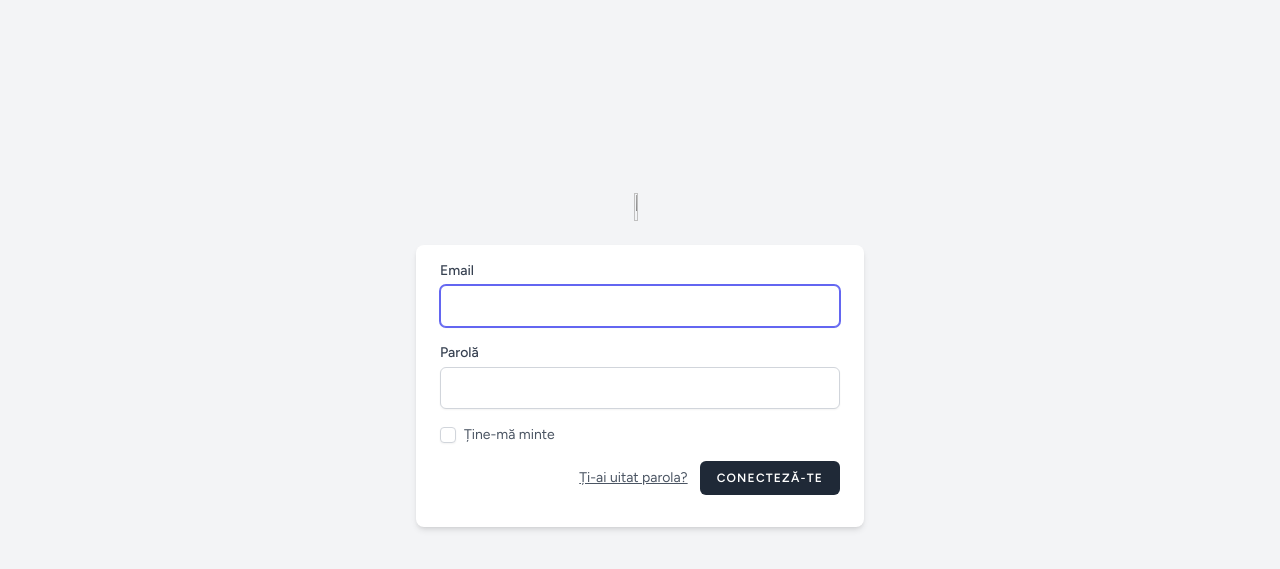
Repository: cosmin05072018/fantastic-events-manager
Page: http://localhost/login
These files come from the project's save history. The page is drawn as it stood at one moment and after the next save; the edit follows.
The browser window is 1280 px wide. The pictures show the whole page.
The page is served by the project's Laravel application, run on PHP 8.4 with Laravel 10. Other server files are loaded and not shown. Style sheets and scripts are compiled from the project's sources, by tool versions that may differ from the author's.

Above is the page before, as saved 2024-11-03 17:54:05.

### routes/web.php
<?php

use App\Http\Controllers\ProfileController;
use Illuminate\Support\Facades\Route;

/*
|--------------------------------------------------------------------------
| Web Routes
|--------------------------------------------------------------------------
|
| Here is where you can register web routes for your application. These
| routes are loaded by the RouteServiceProvider and all of them will
| be assigned to the "web" middleware group. Make something great!
|
*/

Route::get('/', function () {
    return view('startApp');
});

Route::get('/dashboard', function () {
    return view('dashboard');
})->middleware(['auth', 'verified'])->name('dashboard');

Route::middleware('auth')->group(function () {
    Route::get('/profile', [ProfileController::class, 'edit'])->name('profile.edit');
    Route::patch('/profile', [ProfileController::class, 'update'])->name('profile.update');
    Route::delete('/profile', [ProfileController::class, 'destroy'])->name('profile.destroy');
});

require __DIR__.'/auth.php';

### resources/views/auth/login.blade.php
<style>
    .logo-img {
        width: 100%;
        display: flex;
        align-items: center;
        justify-content: center;
    }
</style>

<x-guest-layout>
    <!-- Session Status -->
    <x-auth-session-status class="mb-4" :status="session('status')" />

    <form method="POST" action="{{ route('login') }}">
        @csrf

        <!-- Email Address -->
        <div>
            <x-input-label for="email" :value="__('Email')" />
            <x-text-input id="email" class="block mt-1 w-full" type="email" name="email" :value="old('email')" required
                autofocus autocomplete="username" />
            <x-input-error :messages="$errors->get('email')" class="mt-2" />
        </div>

        <!-- Password -->
        <div class="mt-4">
            <x-input-label for="password" :value="__('Parolă')" />

            <x-text-input id="password" class="block mt-1 w-full" type="password" name="password" required
                autocomplete="current-password" />

            <x-input-error :messages="$errors->get('password')" class="mt-2" />
        </div>

        <!-- Remember Me -->
        <div class="block mt-4">
            <label for="remember_me" class="inline-flex items-center">
                <input id="remember_me" type="checkbox"
                    class="rounded dark:bg-gray-900 border-gray-300 dark:border-gray-700 text-indigo-600 shadow-sm focus:ring-indigo-500 dark:focus:ring-indigo-600 dark:focus:ring-offset-gray-800"
                    name="remember">
                <span class="ms-2 text-sm text-gray-600 dark:text-gray-400">{{ __('Ține-mă minte') }}</span>
            </label>
        </div>

        <div class="flex items-center justify-end mt-4">
            @if (Route::has('password.request'))
                <a class="underline text-sm text-gray-600 dark:text-gray-400 hover:text-gray-900 dark:hover:text-gray-100 rounded-md focus:outline-none focus:ring-2 focus:ring-offset-2 focus:ring-indigo-500 dark:focus:ring-offset-gray-800"
                    href="{{ route('password.request') }}">
                    {{ __('Ți-ai uitat parola?') }}
                </a>
            @endif

            <x-primary-button class="ms-3">
                {{ __('Conecteză-te') }}
            </x-primary-button>
        </div>
    </form>
</x-guest-layout>

### resources/views/components/application-logo.blade.php
<div class="logo-img">
    <img src="{{ asset('storage/logo.svg') }}" alt="Logo" style="width: 20% !important;">
</div>

Loaded but not shown: routes/auth.php (common file); app/Http/Controllers/Auth/EmailVerificationPromptController.php (common file); app/Http/Controllers/Controller.php (common file); app/Http/Controllers/Auth/VerifyEmailController.php (common file); app/Http/Controllers/Auth/AuthenticatedSessionController.php (common file); app/View/Components/GuestLayout.php (common file); resources/views/components/auth-session-status.blade.php (common file); resources/views/components/input-label.blade.php (common file); resources/views/components/text-input.blade.php (common file); resources/views/components/input-error.blade.php (common file); resources/views/components/primary-button.blade.php (common file); resources/views/layouts/guest.blade.php (common file); resources/css/app.css (common file); tailwind.config.js (common file); resources/js/app.js (common file); resources/js/bootstrap.js (common file)

After the next save:
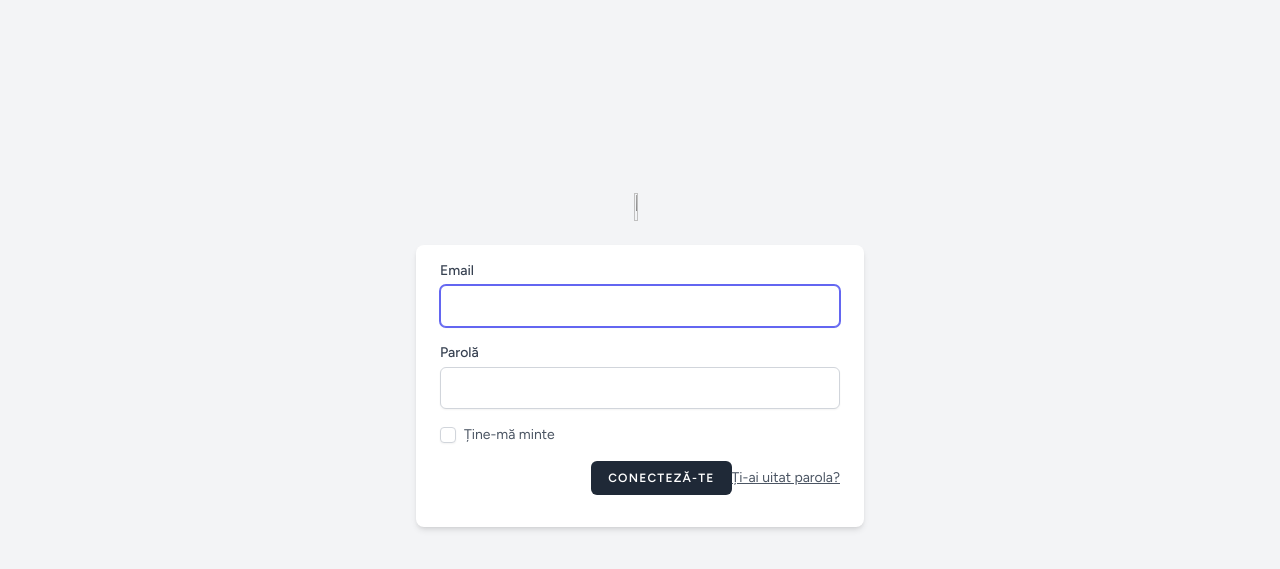
Saved 61 s later.
--- a/resources/views/auth/login.blade.php
+++ b/resources/views/auth/login.blade.php
@@ -43,16 +43,15 @@
         </div>
 
         <div class="flex items-center justify-end mt-4">
+            <x-primary-button class="ms-3">
+                {{ __('Conecteză-te') }}
+            </x-primary-button>
             @if (Route::has('password.request'))
                 <a class="underline text-sm text-gray-600 dark:text-gray-400 hover:text-gray-900 dark:hover:text-gray-100 rounded-md focus:outline-none focus:ring-2 focus:ring-offset-2 focus:ring-indigo-500 dark:focus:ring-offset-gray-800"
                     href="{{ route('password.request') }}">
                     {{ __('Ți-ai uitat parola?') }}
                 </a>
             @endif
-
-            <x-primary-button class="ms-3">
-                {{ __('Conecteză-te') }}
-            </x-primary-button>
         </div>
     </form>
 </x-guest-layout>
